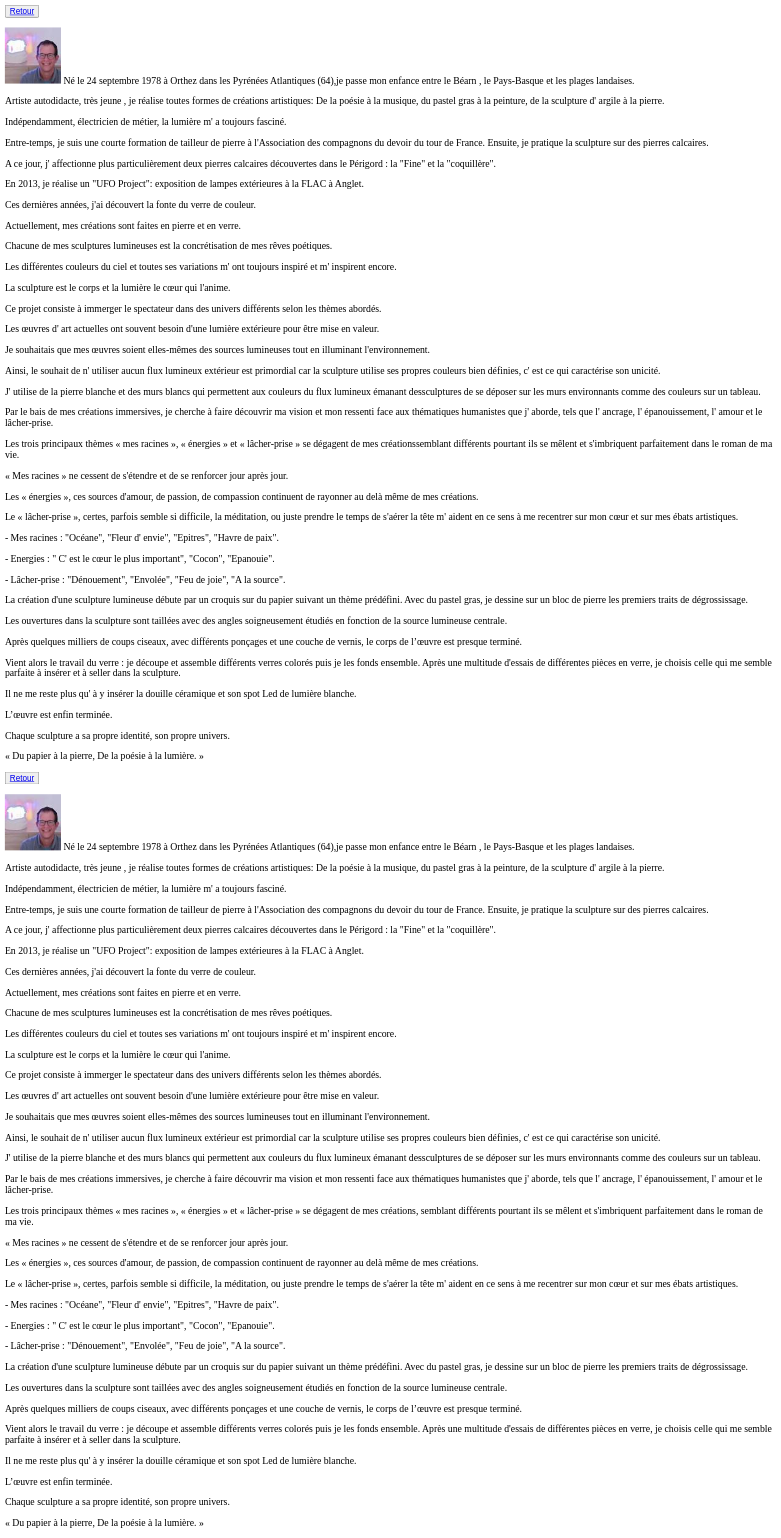
Repository: lysianebo/EricBidart
Page: presentation_more.html
An editor plug-in stored every save of this project. The page is shown before and after the next save, followed by the edit.
The browser window is 1280 px wide. The pictures show the whole page, at 61% of full size.

Above is the page before, as saved 2023-10-29 07:52:36.

### presentation_more.html
<!DOCTYPE html>
<html lang="en">
<head>
    <meta charset="UTF-8">
    <meta name="viewport" content="width=device-width, initial-scale=1.0">
    <title>Document</title>
    <link rel="stylesheet" href="public/css/style.css">
</head>
<body>
    <button class="back-button"><a href="presentation.html">Retour</a></button>
    <div class="hidden" id="presentation-content">
        <p class="text"><img src="public/images/happy_moi.jpeg" alt=""> Né le 24 septembre 1978 à Orthez dans les Pyrénées Atlantiques (64),je passe mon enfance entre le Béarn , le Pays-Basque et les plages landaises.</p>
        <p> Artiste autodidacte, très jeune , je réalise toutes formes de créations artistiques: De la poésie à la musique, du pastel gras à la peinture, de la sculpture d' argile à la pierre.</p>
        <p> Indépendamment, électricien de métier, la lumière m' a toujours fasciné.</p>
        <p> Entre-temps, je suis une courte formation de tailleur de pierre à l'Association des compagnons du devoir du
            tour de France. Ensuite, je pratique la sculpture sur des pierres calcaires.</p>
        <p> A ce jour, j' affectionne plus particulièrement deux pierres calcaires découvertes dans le Périgord : la
            "Fine" et la "coquillère".</p>
        <p> En 2013, je réalise un "UFO Project": exposition de lampes extérieures à la FLAC à Anglet.</p>
        <p> Ces dernières années, j'ai découvert la fonte du verre de couleur.</p>
        <p> Actuellement, mes créations sont faites en pierre et en verre.</p>
        <p>Chacune de mes sculptures lumineuses est la concrétisation de mes rêves poétiques.</p>
    </div>
    <div class="hidden" id="demarche-content">
        <p>Les différentes couleurs du ciel et toutes ses variations m' ont toujours inspiré et m' inspirent encore.
            <p>La sculpture est le corps et la lumière le cœur qui l'anime.</p>
            Ce projet consiste à immerger le spectateur dans des univers différents selon les thèmes abordés.
            <p>Les œuvres d' art actuelles ont souvent besoin d'une lumière extérieure pour être mise en valeur.</p>
            <p>Je souhaitais que mes œuvres soient elles-mêmes des sources lumineuses tout en illuminant l'environnement.</p>
            <p>Ainsi, le souhait de n' utiliser aucun flux lumineux extérieur est primordial car la sculpture utilise ses propres couleurs bien définies, c' est ce qui caractérise son unicité.</p>
            <p>J' utilise de la pierre blanche et des murs blancs qui permettent aux couleurs du flux lumineux émanant dessculptures de se déposer sur les murs environnants comme des couleurs sur un tableau.</p>
            <p>Par le bais de mes créations immersives, je cherche à faire découvrir ma vision et mon ressenti face aux thématiques humanistes que j' aborde, tels que l' ancrage, l' épanouissement, l' amour et le lâcher-prise.</p>
            <p>Les trois principaux thèmes « mes racines », « énergies » et « lâcher-prise » se dégagent de mes créationssemblant différents pourtant ils se mêlent et s'imbriquent parfaitement dans le roman de ma vie.
            </p>

            <p>« Mes racines » ne cessent de s'étendre et de se renforcer jour après jour.</p>

            Les « énergies », ces sources d'amour, de passion, de compassion continuent de rayonner au delà même de mes
            créations.

            <p>
                Le « lâcher-prise », certes, parfois semble si difficile, la méditation, ou juste prendre le temps de s'aérer la
                tête m' aident en ce sens à me recentrer sur mon cœur et sur mes ébats artistiques.
            </p>

            <p>- Mes racines : "Océane", "Fleur d' envie", "Epitres", "Havre de paix".</p>

            <p>- Energies : " C' est le cœur le plus important", "Cocon", "Epanouie".</p>
            <p>- Lâcher-prise : "Dénouement", "Envolée", "Feu de joie", "A la source".</p>

        </p>
    </div>
    <div class="hidden"
        id="technique-content">
        <p>La création d'une sculpture lumineuse débute par un croquis sur du papier suivant un thème prédéfini. Avec du
            pastel gras, je dessine sur un bloc de pierre les premiers traits de dégrossissage. </p>
        <p>Les ouvertures dans la sculpture sont taillées avec des angles soigneusement étudiés en fonction de la source
            lumineuse centrale.</p>
        <p>Après quelques milliers de coups ciseaux, avec différents ponçages et une couche de vernis,
            le corps de l’œuvre est presque terminé.</p>
        <p> Vient alors le travail du verre : je découpe et assemble différents verres colorés puis je les fonds ensemble.
            Après une multitude d'essais de différentes pièces en verre, je choisis celle qui me semble parfaite à insérer
            et à seller dans la sculpture.</p>
        <p>Il ne me reste plus qu' à y insérer la douille céramique et son spot Led de lumière blanche.</p>
        </p>
        <p> L’œuvre est enfin terminée.</p>


        <p> Chaque sculpture a sa propre identité, son propre univers.</p>

        <p> « Du papier à la pierre, De la poésie à la lumière. »</p>
    </div>

    </div>
</body>
</html>
<!DOCTYPE html>
<html lang="en">
<head>
    <meta charset="UTF-8">
    <meta name="viewport" content="width=device-width, initial-scale=1.0">
    <title>Document</title>
    <link rel="stylesheet" href="public/css/style.css">
</head>
<body>
    <button class="back-button"><a href="presentation.html">Retour</a></button>
    <div class="hidden" id="presentation-content">
        <p class="text"><img src="public/images/happy_moi.jpeg" alt=""> Né le 24 septembre 1978 à Orthez dans les Pyrénées Atlantiques (64),je passe mon enfance entre le Béarn , le Pays-Basque et les plages landaises.</p>
        <p> Artiste autodidacte, très jeune , je réalise toutes formes de créations artistiques: De la poésie à la musique, du pastel gras à la peinture, de la sculpture d' argile à la pierre.</p>
        <p> Indépendamment, électricien de métier, la lumière m' a toujours fasciné.</p>
        <p> Entre-temps, je suis une courte formation de tailleur de pierre à l'Association des compagnons du devoir du
            tour de France. Ensuite, je pratique la sculpture sur des pierres calcaires.</p>
        <p> A ce jour, j' affectionne plus particulièrement deux pierres calcaires découvertes dans le Périgord : la
            "Fine" et la "coquillère".</p>
        <p> En 2013, je réalise un "UFO Project": exposition de lampes extérieures à la FLAC à Anglet.</p>
        <p> Ces dernières années, j'ai découvert la fonte du verre de couleur.</p>
        <p> Actuellement, mes créations sont faites en pierre et en verre.</p>
        <p>Chacune de mes sculptures lumineuses est la concrétisation de mes rêves poétiques.</p>
    </div>
    <div class="hidden" id="demarche-content">
        <p>Les différentes couleurs du ciel et toutes ses variations m' ont toujours inspiré et m' inspirent encore.
            <p>La sculpture est le corps et la lumière le cœur qui l'anime.</p>
            Ce projet consiste à immerger le spectateur dans des univers différents selon les thèmes abordés.
            <p>Les œuvres d' art actuelles ont souvent besoin d'une lumière extérieure pour être mise en valeur.</p>
            <p>Je souhaitais que mes œuvres soient elles-mêmes des sources lumineuses tout en illuminant l'environnement.</p>
            <p>Ainsi, le souhait de n' utiliser aucun flux lumineux extérieur est primordial car la sculpture utilise ses propres couleurs bien définies, c' est ce qui caractérise son unicité.</p>
            <p>J' utilise de la pierre blanche et des murs blancs qui permettent aux couleurs du flux lumineux émanant dessculptures de se déposer sur les murs environnants comme des couleurs sur un tableau.</p>
            <p>Par le bais de mes créations immersives, je cherche à faire découvrir ma vision et mon ressenti face aux thématiques humanistes que j' aborde, tels que l' ancrage, l' épanouissement, l' amour et le lâcher-prise.</p>
            <p>Les trois principaux thèmes « mes racines », « énergies » et « lâcher-prise » se dégagent de mes créations,
                semblant différents pourtant ils se mêlent et s'imbriquent parfaitement dans le roman de ma vie.
            </p>

            <p>« Mes racines » ne cessent de s'étendre et de se renforcer jour après jour.</p>

            Les « énergies », ces sources d'amour, de passion, de compassion continuent de rayonner au delà même de mes
            créations.

            <p>
                Le « lâcher-prise », certes, parfois semble si difficile, la méditation, ou juste prendre le temps de s'aérer la
                tête m' aident en ce sens à me recentrer sur mon cœur et sur mes ébats artistiques.
            </p>

            <p>- Mes racines : "Océane", "Fleur d' envie", "Epitres", "Havre de paix".</p>

            <p>- Energies : " C' est le cœur le plus important", "Cocon", "Epanouie".</p>
            <p>- Lâcher-prise : "Dénouement", "Envolée", "Feu de joie", "A la source".</p>

        </p>
    </div>
    <div class="hidden"
        id="technique-content">
        <p>La création d'une sculpture lumineuse débute par un croquis sur du papier suivant un thème prédéfini. Avec du
            pastel gras, je dessine sur un bloc de pierre les premiers traits de dégrossissage. </p>
        <p>Les ouvertures dans la sculpture sont taillées avec des angles soigneusement étudiés en fonction de la source
            lumineuse centrale.</p>
        <p>Après quelques milliers de coups ciseaux, avec différents ponçages et une couche de vernis,
            le corps de l’œuvre est presque terminé.</p>
        <p> Vient alors le travail du verre : je découpe et assemble différents verres colorés puis je les fonds ensemble.
            Après une multitude d'essais de différentes pièces en verre, je choisis celle qui me semble parfaite à insérer
            et à seller dans la sculpture.</p>
        <p>Il ne me reste plus qu' à y insérer la douille céramique et son spot Led de lumière blanche.</p>
        </p>
        <p> L’œuvre est enfin terminée.</p>


        <p> Chaque sculpture a sa propre identité, son propre univers.</p>

        <p> « Du papier à la pierre, De la poésie à la lumière. »</p>
    </div>

    </div>
</body>
</html>

### public/css/style.css
/* @import url("https://fonts.googleapis.com/css2?family=Belanosima:wght@400;700&family=Noto+Sans&family=Outfit&family=Rubik:wght@400;500;700&display=swap"); */
/*# sourceMappingURL=style.css.map */

After the next save:
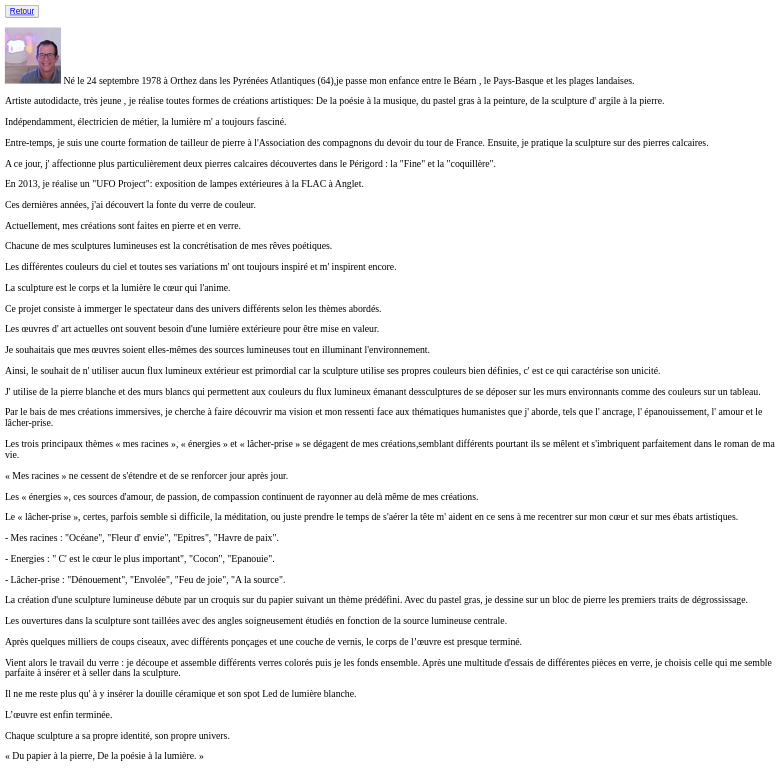
Saved 7 s later.
--- a/presentation_more.html
+++ b/presentation_more.html
@@ -30,7 +30,7 @@
             <p>Ainsi, le souhait de n' utiliser aucun flux lumineux extérieur est primordial car la sculpture utilise ses propres couleurs bien définies, c' est ce qui caractérise son unicité.</p>
             <p>J' utilise de la pierre blanche et des murs blancs qui permettent aux couleurs du flux lumineux émanant dessculptures de se déposer sur les murs environnants comme des couleurs sur un tableau.</p>
             <p>Par le bais de mes créations immersives, je cherche à faire découvrir ma vision et mon ressenti face aux thématiques humanistes que j' aborde, tels que l' ancrage, l' épanouissement, l' amour et le lâcher-prise.</p>
-            <p>Les trois principaux thèmes « mes racines », « énergies » et « lâcher-prise » se dégagent de mes créationssemblant différents pourtant ils se mêlent et s'imbriquent parfaitement dans le roman de ma vie.
+            <p>Les trois principaux thèmes « mes racines », « énergies » et « lâcher-prise » se dégagent de mes créations,semblant différents pourtant ils se mêlent et s'imbriquent parfaitement dans le roman de ma vie.
             </p>
 
             <p>« Mes racines » ne cessent de s'étendre et de se renforcer jour après jour.</p>
@@ -74,80 +74,3 @@
     </div>
 </body>
 </html>
-<!DOCTYPE html>
-<html lang="en">
-<head>
-    <meta charset="UTF-8">
-    <meta name="viewport" content="width=device-width, initial-scale=1.0">
-    <title>Document</title>
-    <link rel="stylesheet" href="public/css/style.css">
-</head>
-<body>
-    <button class="back-button"><a href="presentation.html">Retour</a></button>
-    <div class="hidden" id="presentation-content">
-        <p class="text"><img src="public/images/happy_moi.jpeg" alt=""> Né le 24 septembre 1978 à Orthez dans les Pyrénées Atlantiques (64),je passe mon enfance entre le Béarn , le Pays-Basque et les plages landaises.</p>
-        <p> Artiste autodidacte, très jeune , je réalise toutes formes de créations artistiques: De la poésie à la musique, du pastel gras à la peinture, de la sculpture d' argile à la pierre.</p>
-        <p> Indépendamment, électricien de métier, la lumière m' a toujours fasciné.</p>
-        <p> Entre-temps, je suis une courte formation de tailleur de pierre à l'Association des compagnons du devoir du
-            tour de France. Ensuite, je pratique la sculpture sur des pierres calcaires.</p>
-        <p> A ce jour, j' affectionne plus particulièrement deux pierres calcaires découvertes dans le Périgord : la
-            "Fine" et la "coquillère".</p>
-        <p> En 2013, je réalise un "UFO Project": exposition de lampes extérieures à la FLAC à Anglet.</p>
-        <p> Ces dernières années, j'ai découvert la fonte du verre de couleur.</p>
-        <p> Actuellement, mes créations sont faites en pierre et en verre.</p>
-        <p>Chacune de mes sculptures lumineuses est la concrétisation de mes rêves poétiques.</p>
-    </div>
-    <div class="hidden" id="demarche-content">
-        <p>Les différentes couleurs du ciel et toutes ses variations m' ont toujours inspiré et m' inspirent encore.
-            <p>La sculpture est le corps et la lumière le cœur qui l'anime.</p>
-            Ce projet consiste à immerger le spectateur dans des univers différents selon les thèmes abordés.
-            <p>Les œuvres d' art actuelles ont souvent besoin d'une lumière extérieure pour être mise en valeur.</p>
-            <p>Je souhaitais que mes œuvres soient elles-mêmes des sources lumineuses tout en illuminant l'environnement.</p>
-            <p>Ainsi, le souhait de n' utiliser aucun flux lumineux extérieur est primordial car la sculpture utilise ses propres couleurs bien définies, c' est ce qui caractérise son unicité.</p>
-            <p>J' utilise de la pierre blanche et des murs blancs qui permettent aux couleurs du flux lumineux émanant dessculptures de se déposer sur les murs environnants comme des couleurs sur un tableau.</p>
-            <p>Par le bais de mes créations immersives, je cherche à faire découvrir ma vision et mon ressenti face aux thématiques humanistes que j' aborde, tels que l' ancrage, l' épanouissement, l' amour et le lâcher-prise.</p>
-            <p>Les trois principaux thèmes « mes racines », « énergies » et « lâcher-prise » se dégagent de mes créations,
-                semblant différents pourtant ils se mêlent et s'imbriquent parfaitement dans le roman de ma vie.
-            </p>
-
-            <p>« Mes racines » ne cessent de s'étendre et de se renforcer jour après jour.</p>
-
-            Les « énergies », ces sources d'amour, de passion, de compassion continuent de rayonner au delà même de mes
-            créations.
-
-            <p>
-                Le « lâcher-prise », certes, parfois semble si difficile, la méditation, ou juste prendre le temps de s'aérer la
-                tête m' aident en ce sens à me recentrer sur mon cœur et sur mes ébats artistiques.
-            </p>
-
-            <p>- Mes racines : "Océane", "Fleur d' envie", "Epitres", "Havre de paix".</p>
-
-            <p>- Energies : " C' est le cœur le plus important", "Cocon", "Epanouie".</p>
-            <p>- Lâcher-prise : "Dénouement", "Envolée", "Feu de joie", "A la source".</p>
-
-        </p>
-    </div>
-    <div class="hidden"
-        id="technique-content">
-        <p>La création d'une sculpture lumineuse débute par un croquis sur du papier suivant un thème prédéfini. Avec du
-            pastel gras, je dessine sur un bloc de pierre les premiers traits de dégrossissage. </p>
-        <p>Les ouvertures dans la sculpture sont taillées avec des angles soigneusement étudiés en fonction de la source
-            lumineuse centrale.</p>
-        <p>Après quelques milliers de coups ciseaux, avec différents ponçages et une couche de vernis,
-            le corps de l’œuvre est presque terminé.</p>
-        <p> Vient alors le travail du verre : je découpe et assemble différents verres colorés puis je les fonds ensemble.
-            Après une multitude d'essais de différentes pièces en verre, je choisis celle qui me semble parfaite à insérer
-            et à seller dans la sculpture.</p>
-        <p>Il ne me reste plus qu' à y insérer la douille céramique et son spot Led de lumière blanche.</p>
-        </p>
-        <p> L’œuvre est enfin terminée.</p>
-
-
-        <p> Chaque sculpture a sa propre identité, son propre univers.</p>
-
-        <p> « Du papier à la pierre, De la poésie à la lumière. »</p>
-    </div>
-
-    </div>
-</body>
-</html>
